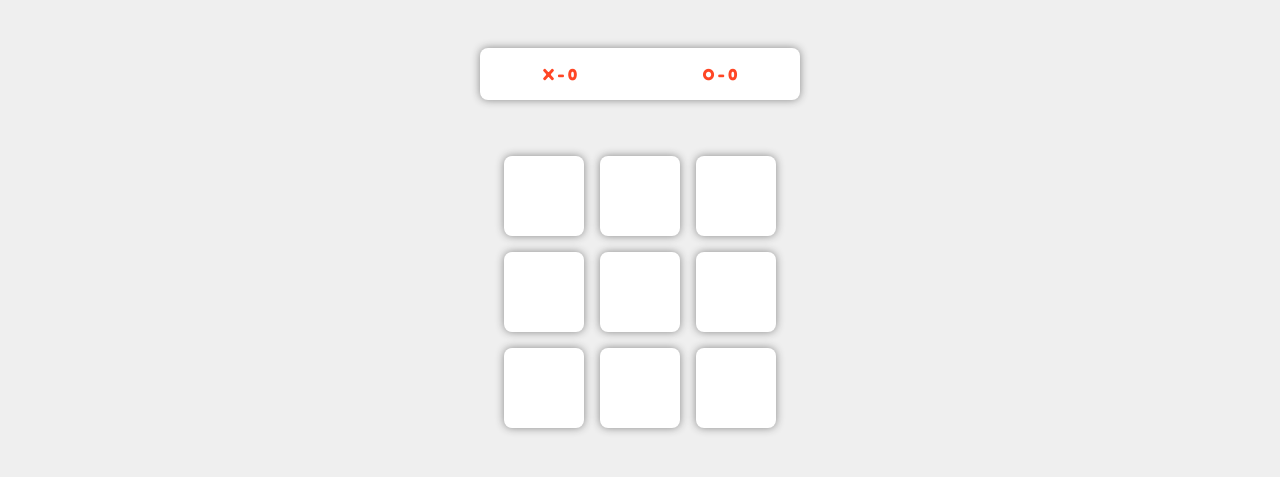
Repository: Seva2705/tic-tac-toe.github.io
Page: /
These files come from the project's save history. The page is drawn as it stood at one moment and after a run of saves; the edit follows.
The browser window is 1280 px wide. The pictures show the whole page.
The project was rebuilt for these pictures with package versions that can differ from the ones it lists, and the page was loaded fresh each time.

Above is the page before, as saved 2023-04-04 17:57:36.

After the next 3 saves:
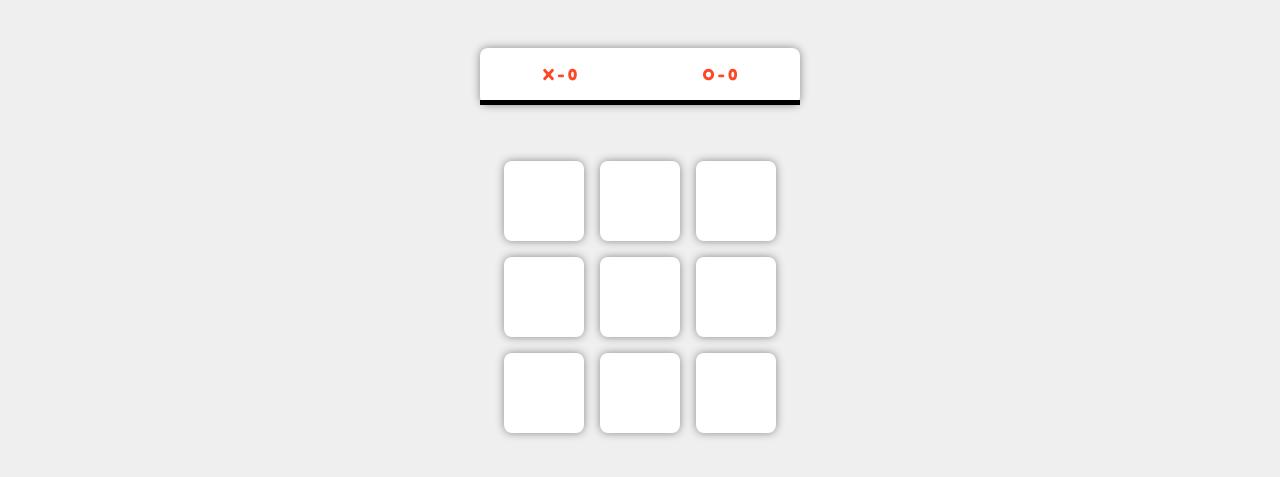
The 3 saves are shown as one change because they came seconds apart.
The last was saved 10 s later.
--- a/src/components/ScoreBoard.css
+++ b/src/components/ScoreBoard.css
@@ -20,5 +20,5 @@
 
 .x-score {
     color: rgb(255,70,37);
-
+    border-bottom: 5px solid #000;
 }
